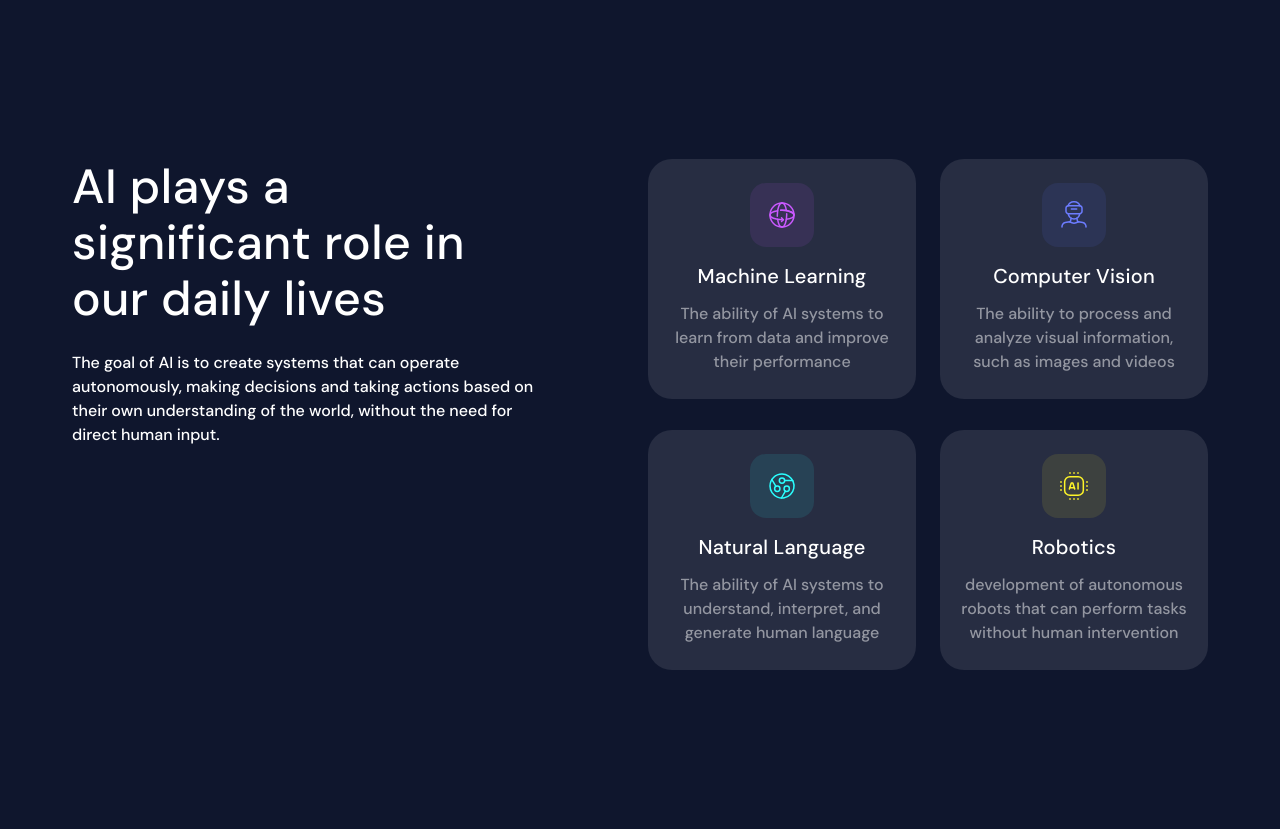
Repository: alphatra/INVO-Academy
Page: / (app in [lvl 1] Sekcja 4 obszarów AI/Starter-code/)
The author's editor kept a copy of each file at every save. The page is drawn from the files as they stood at one save, then again after the next save.
The browser window is 1280 px wide. The pictures show the whole page.
The project was rebuilt for these pictures with package versions that can differ from the ones it lists, and the page was loaded fresh each time.

Above is the page before, as saved 2023-03-24 17:30:14.

After the next save:
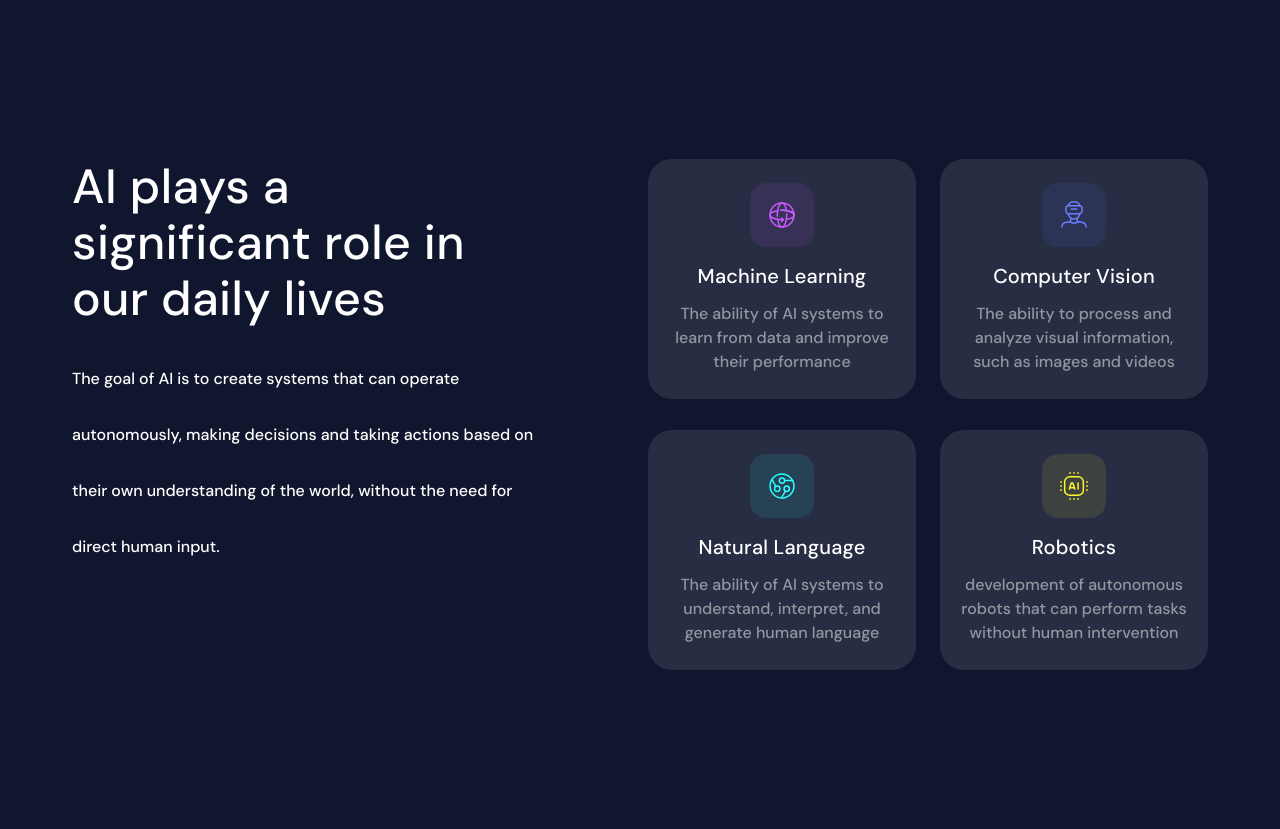
Saved 2 min 23 s later.
--- a/[lvl 1] Sekcja 4 obszarów AI/Starter-code/src/pages/home-page/styles/home-page.scss
+++ b/[lvl 1] Sekcja 4 obszarów AI/Starter-code/src/pages/home-page/styles/home-page.scss
@@ -6,6 +6,9 @@
     --text-header__tittle-size: 48px;
     --text-header__tittle-line-height: 56px;
     --text-header__tittle-letter-spacing: 0.008em;
+    --header-margin-bottom: 24px;
+    --text-header__description-size: 16px;
+    --text-header__description-line-height: 24px;
     --font-family: 'DM Sans', sans-serif;
     --font-weight-main: 500;
     --font-weight-sub: 400;
@@ -51,13 +54,13 @@ h1,p,span {
         font-size: var(--text-header__tittle-size);
         line-height: var(--text-header__tittle-line-height);
         font-weight: var(--font-weight-main);
-        letter-spacing: 0.008em;
-        margin-bottom: 24px
+        letter-spacing: var(--text-header__tittle-letter-spacing);
+        margin-bottom: var(--header-margin-bottom);
     }
 
     &__description {
-        font-size: 16px;
-        line-height: 24px;
+        font-size: var(--text-header__description-size);
+        line-height: var(--text-header__tittle-line-height);
         font-weight: var(--font-weight-sub);
     }
 
